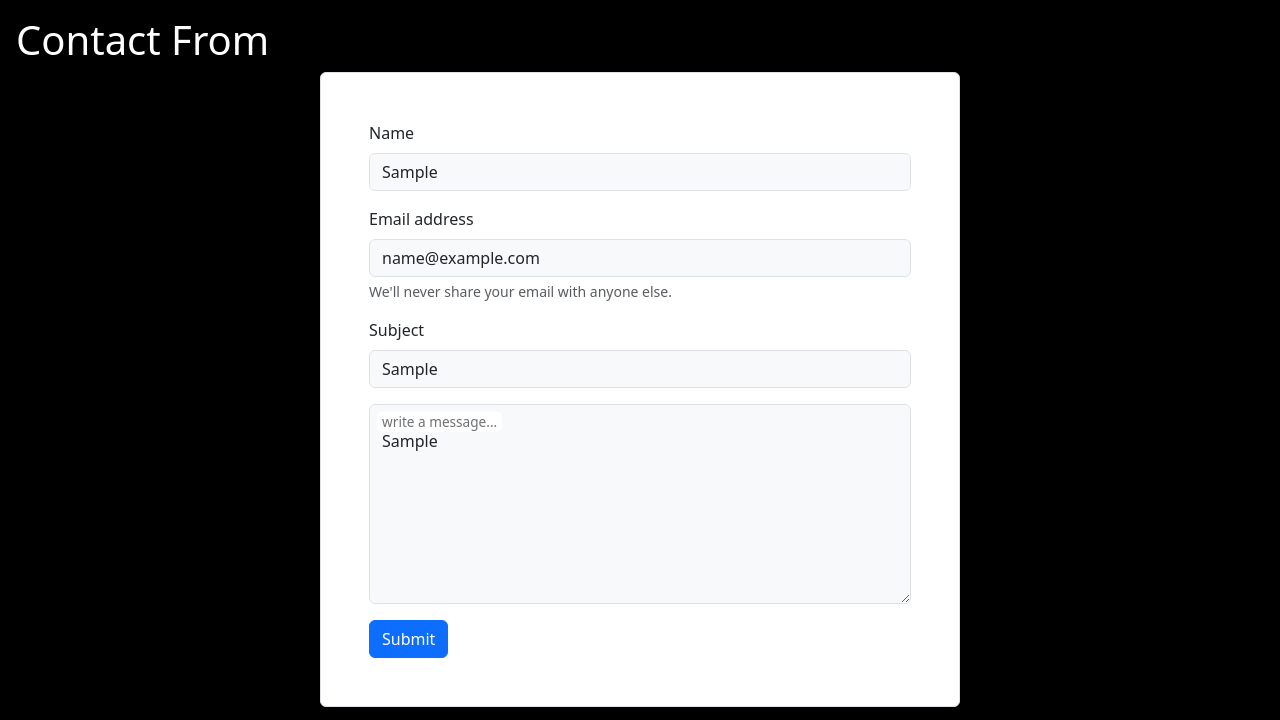
Repository: syni18/bootstrap_form
Page: index.html
An editor plug-in stored every save of this project. The page is shown before and after the next save, followed by the edit.
The browser window is 1280 px wide. The pictures show the whole page.
Empty fields were first filled with sample values (such as "Sample", 5 or name@example.com).
After loading, the first visible `#submitBtn` was clicked once.

Above is the page before, as saved 2023-10-26 15:51:37.
Console error: ReferenceError: nameField is not defined

### index.html
<!DOCTYPE html>
<html lang="en">
<head>
    <meta charset="UTF-8">
    <meta name="viewport" content="width=device-width, initial-scale=1.0">
    <link href="https://cdn.jsdelivr.net/npm/bootstrap@5.3.2/dist/css/bootstrap.min.css" rel="stylesheet" integrity="sha384-T3c6CoIi6uLrA9TneNEoa7RxnatzjcDSCmG1MXxSR1GAsXEV/Dwwykc2MPK8M2HN" crossorigin="anonymous">
    <title>Contact From</title>
</head>
<body class="bg-black">
    <h1 class="display-6 ms-3 mt-3 text-white">Contact From</h1>
    <form class="container w-50 border p-5 rounded bg-white">
  <div class="mb-3">
    <label for="exampleInputName1" class="form-label">Name</label>
    <input type="name" class="form-control bg-body-tertiary
" id="exampleInputName1" aria-describedby="NameHelp" placeholder="Enter your full name">
  </div>
  <div class="mb-3">
    <label for="exampleInputEmail1" class="form-label">Email address</label>
    <input type="email" class="form-control bg-body-tertiary" id="exampleInputEmail1" aria-describedby="emailHelp" placeholder="test@example.com">
    <div id="emailHelp" class="form-text">We'll never share your email with anyone else.</div>
  </div>
  <div class="mb-3">
    <label for="exampleInputSubject1" class="form-label">Subject</label>
    <input type="text" class="form-control bg-body-tertiary" id="exampleInputsubject1" aria-describedby="subjectHelp" placeholder="enter subject of the message.">
  </div>
  <div class="form-floating">
  <textarea class="form-control bg-body-tertiary" placeholder="Leave a comment here" id="floatingTextarea2" style="height: 200px"></textarea>
  <label for="floatingTextarea2">write a message...</label>
</div>

  <button type="submit" class="btn btn-primary mt-3" id="submitBtn">Submit</button>
</form>
<script>
    // Select the submit button by its id
    const submitButton = document.getElementById('submitBtn');

    // Add a click event listener to the button
    submitButton.addEventListener('click', function(event) {
        // Prevent the form from actually submitting, as we're handling it with JavaScript
        event.preventDefault();

        // Get the values of the form fields
        const nameValue = document.getElementById('exampleInputName1').value.trim();
        const emailValue = document.getElementById('exampleInputEmail1').value.trim();
        const subjectValue = document.getElementById('exampleInputsubject1').value.trim();
        const messageValue = document.getElementById('floatingTextarea2').value.trim();

        // Check if any of the required fields are empty
        if (nameValue === '' || emailValue === '' || subjectValue === '' || messageValue === '') {
            alert('Please fill out all required fields before submitting the form.');
        } else {
            // All fields are filled, so you can proceed with form submission or show a success message
            alert('Your message has been sent successfully!');
            // You can submit the form to the server or take other actions here
            nameField.value = '';
            emailField.value = '';
            subjectField.value = '';
            messageField.value = '';
        }
    });
</script>


    <script src="https://cdn.jsdelivr.net/npm/bootstrap@5.3.2/dist/js/bootstrap.bundle.min.js" integrity="sha384-C6RzsynM9kWDrMNeT87bh95OGNyZPhcTNXj1NW7RuBCsyN/o0jlpcV8Qyq46cDfL" crossorigin="anonymous"></script>
</body>
</html>

After the next save:
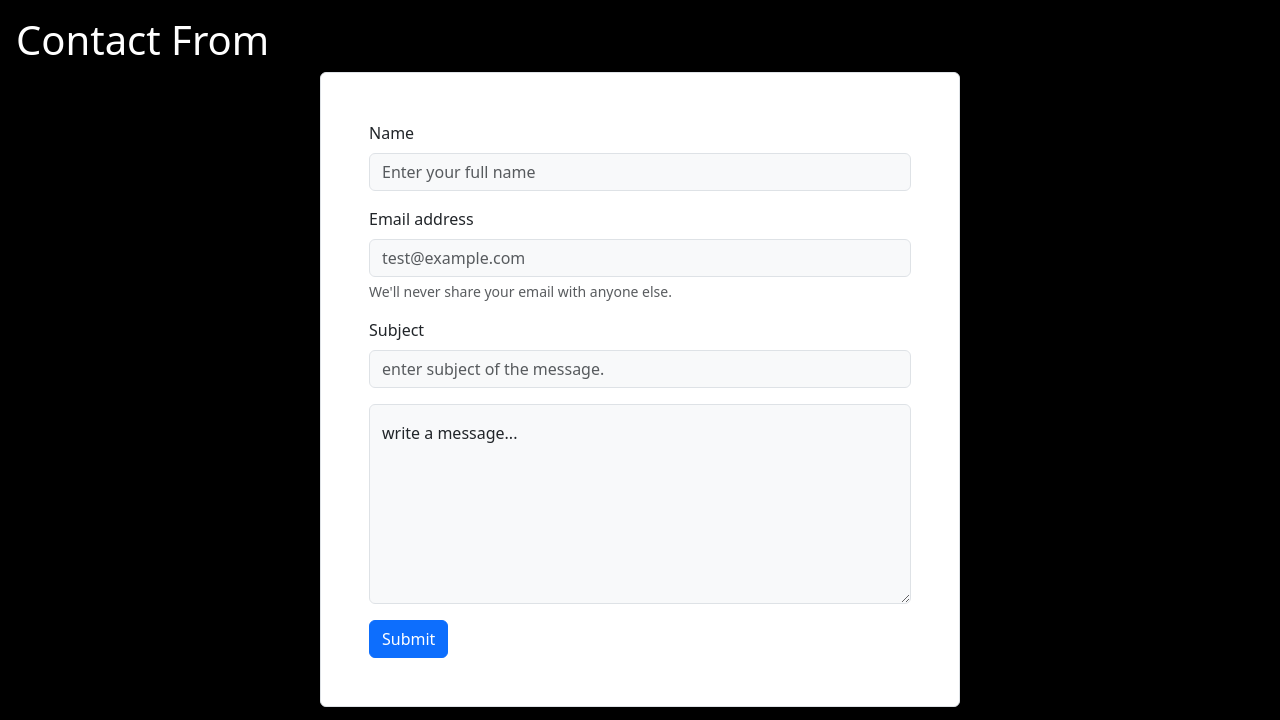
The error is gone.
Saved 50 s later.
--- a/index.html
+++ b/index.html
@@ -39,11 +39,17 @@
         // Prevent the form from actually submitting, as we're handling it with JavaScript
         event.preventDefault();
 
+        // Get references to the form fields
+        const nameField = document.getElementById('exampleInputName1');
+        const emailField = document.getElementById('exampleInputEmail1');
+        const subjectField = document.getElementById('exampleInputsubject1');
+        const messageField = document.getElementById('floatingTextarea2');
+
         // Get the values of the form fields
-        const nameValue = document.getElementById('exampleInputName1').value.trim();
-        const emailValue = document.getElementById('exampleInputEmail1').value.trim();
-        const subjectValue = document.getElementById('exampleInputsubject1').value.trim();
-        const messageValue = document.getElementById('floatingTextarea2').value.trim();
+        const nameValue = nameField.value.trim();
+        const emailValue = emailField.value.trim();
+        const subjectValue = subjectField.value.trim();
+        const messageValue = messageField.value.trim();
 
         // Check if any of the required fields are empty
         if (nameValue === '' || emailValue === '' || subjectValue === '' || messageValue === '') {
@@ -51,7 +57,8 @@
         } else {
             // All fields are filled, so you can proceed with form submission or show a success message
             alert('Your message has been sent successfully!');
-            // You can submit the form to the server or take other actions here
+
+            // Clear the input fields
             nameField.value = '';
             emailField.value = '';
             subjectField.value = '';
@@ -61,6 +68,7 @@
 </script>
 
 
+
     <script src="https://cdn.jsdelivr.net/npm/bootstrap@5.3.2/dist/js/bootstrap.bundle.min.js" integrity="sha384-C6RzsynM9kWDrMNeT87bh95OGNyZPhcTNXj1NW7RuBCsyN/o0jlpcV8Qyq46cDfL" crossorigin="anonymous"></script>
 </body>
 </html>
